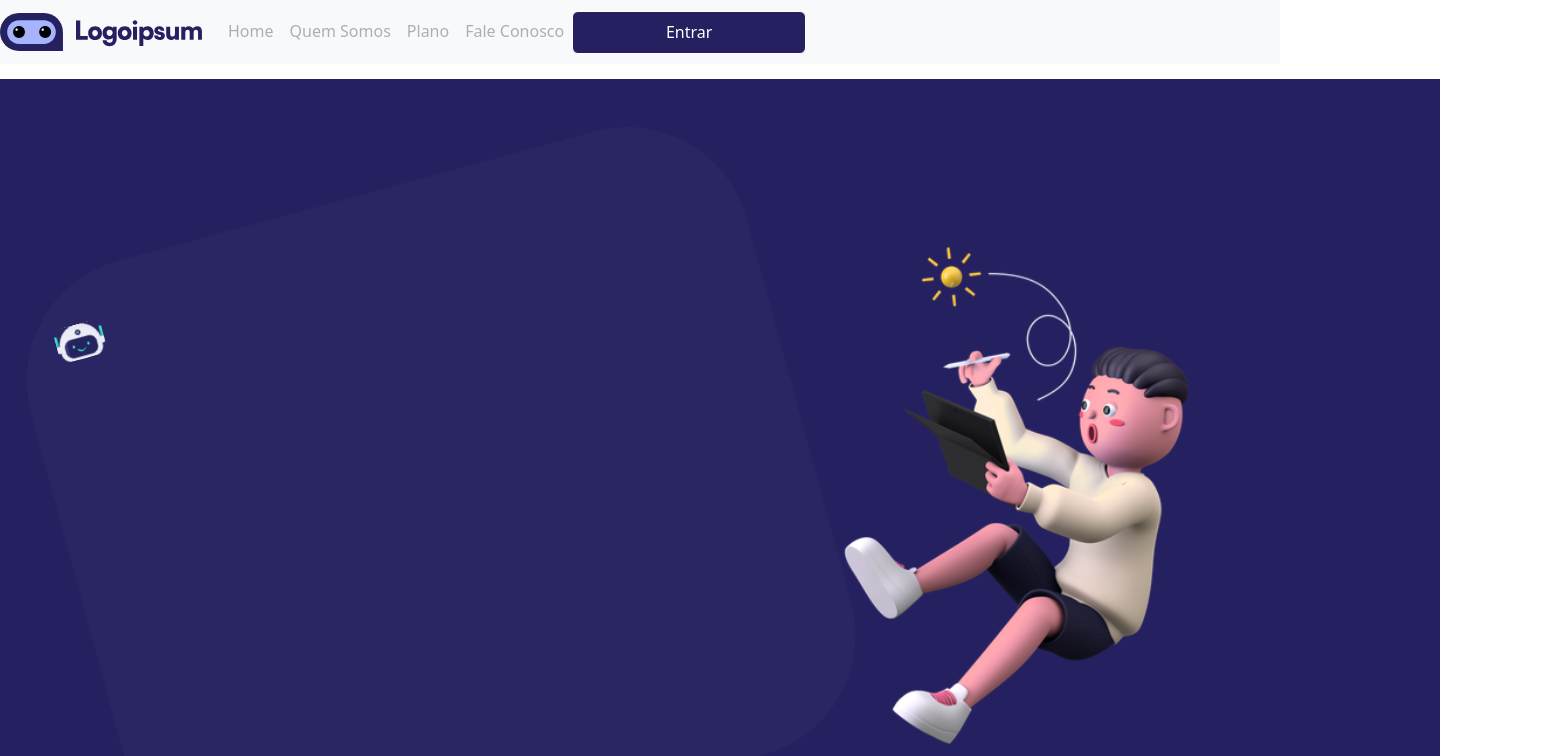
Repository: Williamlmachado/Desafio-Landing-page
Page: index.html
These files come from the project's save history. The page is drawn as it stood at one moment and after a run of saves; the edit follows.
The browser window is 1280 px wide. The page is 1562 px wide, so the pictures cover 1562 px, including what lies to the right of the window. The pictures show the part of the page from y = 0 to 756 px (the page is 3714 px tall).

Above is the page before, as saved 2021-11-08 17:58:11.

After the next 2 saves:
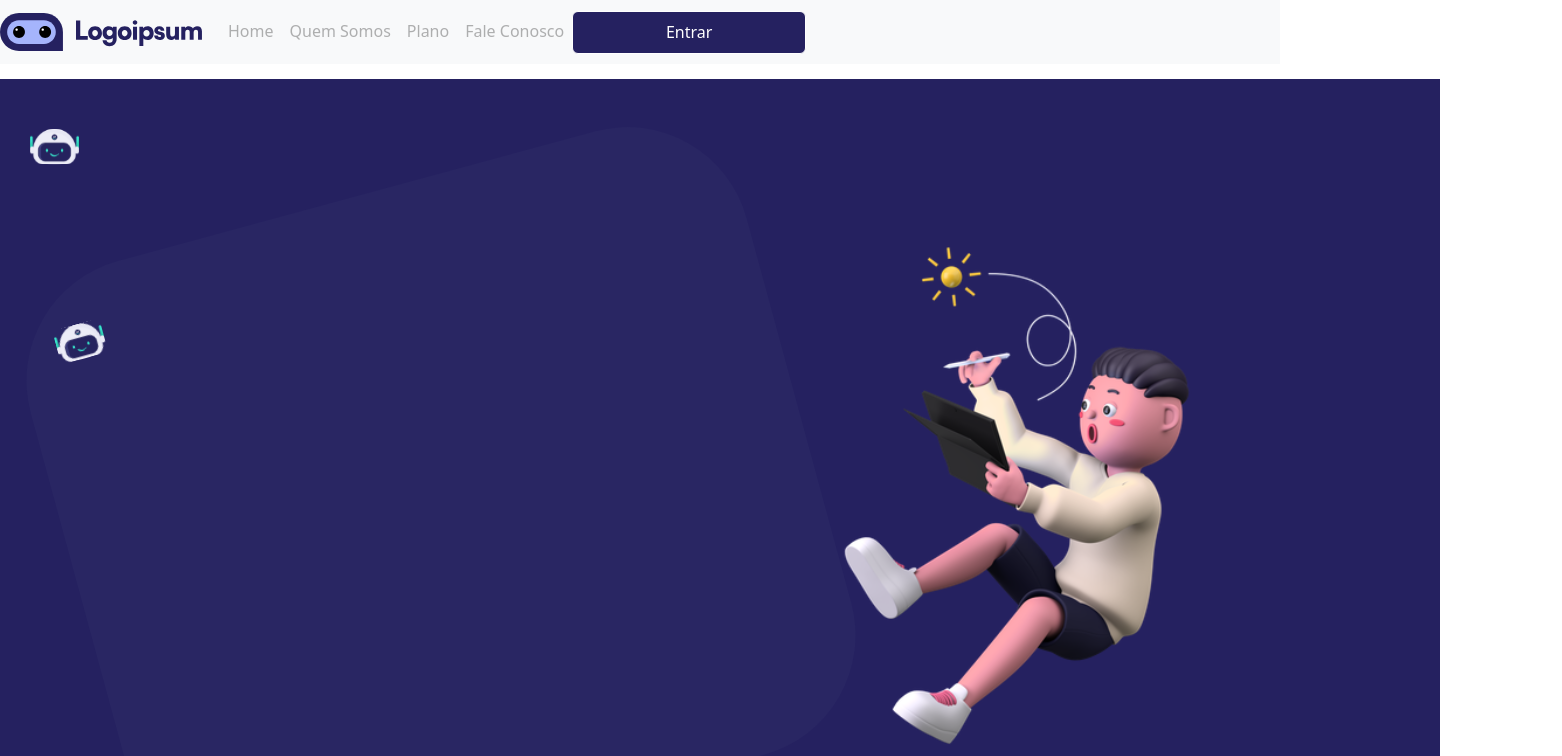
The 2 saves are shown as one change because they came seconds apart.
The last was saved 25 s later.
--- a/index.html
+++ b/index.html
@@ -46,6 +46,7 @@
   </nav>
     <div class="retangle-1">
       <div class="row">
+        <div class="col"><img class="spaceboy" src="img/image 3.svg" alt="astronauta"></div>
           <div class="retangle-8">
            <div class="col"><img class="spaceboy" src="img/image 3.svg" alt="astronauta"></div>
           </div>
